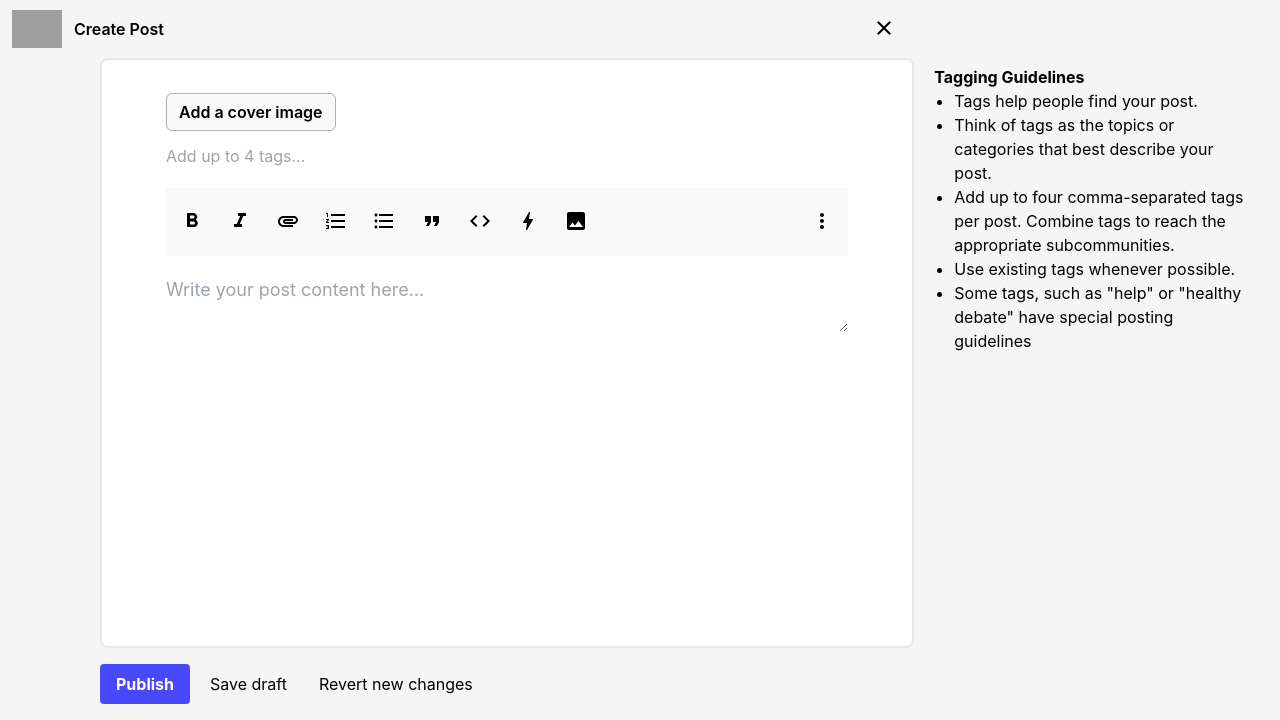
Repository: dat-nguyen-2001/Dev.to
Page: /new (app in client/)
An editor plug-in stored every save of this project. The page is shown before and after a run of saves, followed by the edit.
The browser window is 1280 px wide. The pictures show the whole page.
Pictures or frames that could not be fetched are drawn as grey boxes. The project was rebuilt for these pictures with package versions that can differ from the ones it lists, and the page was loaded fresh each time. Also part of the build but not shown: client/src/components/Footer.tsx, client/src/components/nav/GuestNav.tsx, client/src/components/nav/NavBar.tsx, client/src/components/Layout.tsx, client/src/pages/about.tsx, client/src/components/SignInForm.tsx, client/src/components/SignInPlatform.tsx, client/src/pages/enter.tsx and 1 more.

Above is the page before, as saved 2022-09-25 12:21:09.

After the next 2 saves:
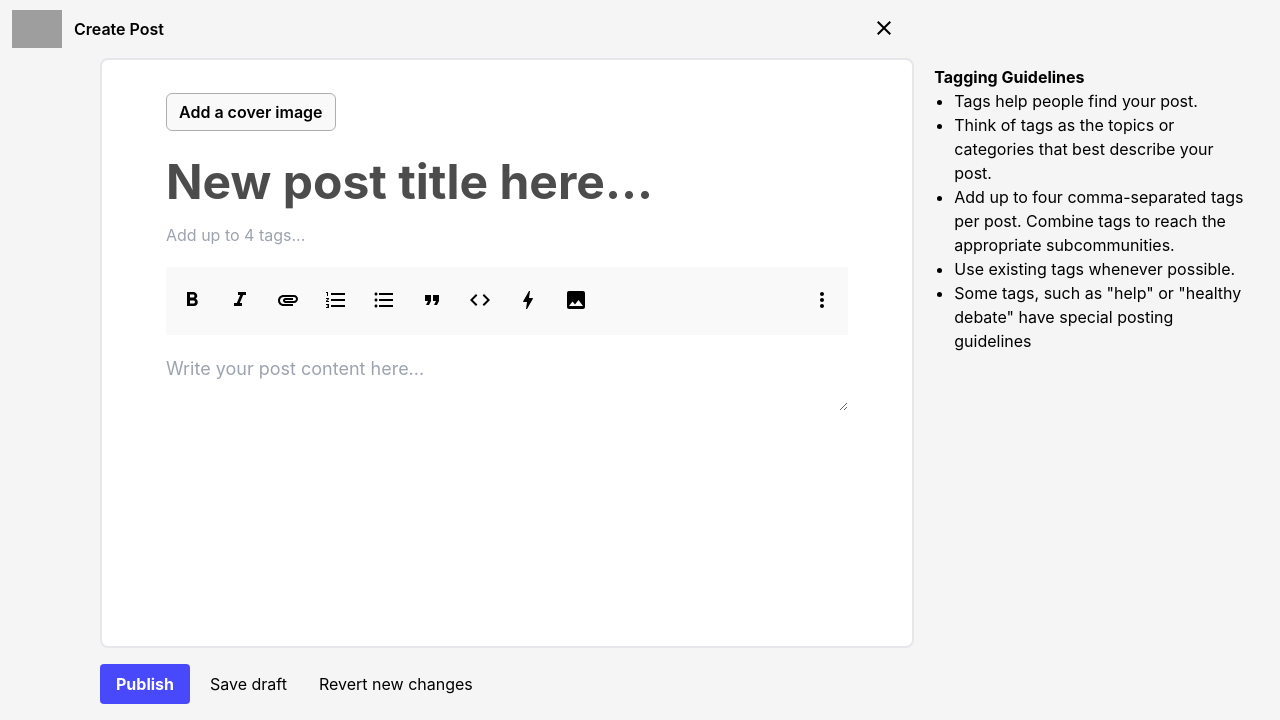
The 2 saves are shown as one change because they came seconds apart.
The last was saved 27 s later.
--- a/client/src/pages/new.tsx
+++ b/client/src/pages/new.tsx
@@ -64,7 +64,8 @@ const New = () => {
                         <label htmlFor='file' className='bg-[#f9f9f9] font-semibold px-3 py-2 cursor-pointer rounded-md border-black/30 border-[1.5px]'>Add a cover image</label>
                     </form>
 
-                    {/* preview image * /}
+                    {/* {/* preview image * /} */}
+
                     {url !== "" &&
                         <div className='flex items-center space-x-10'>
                             <img src={url} width={200} />
